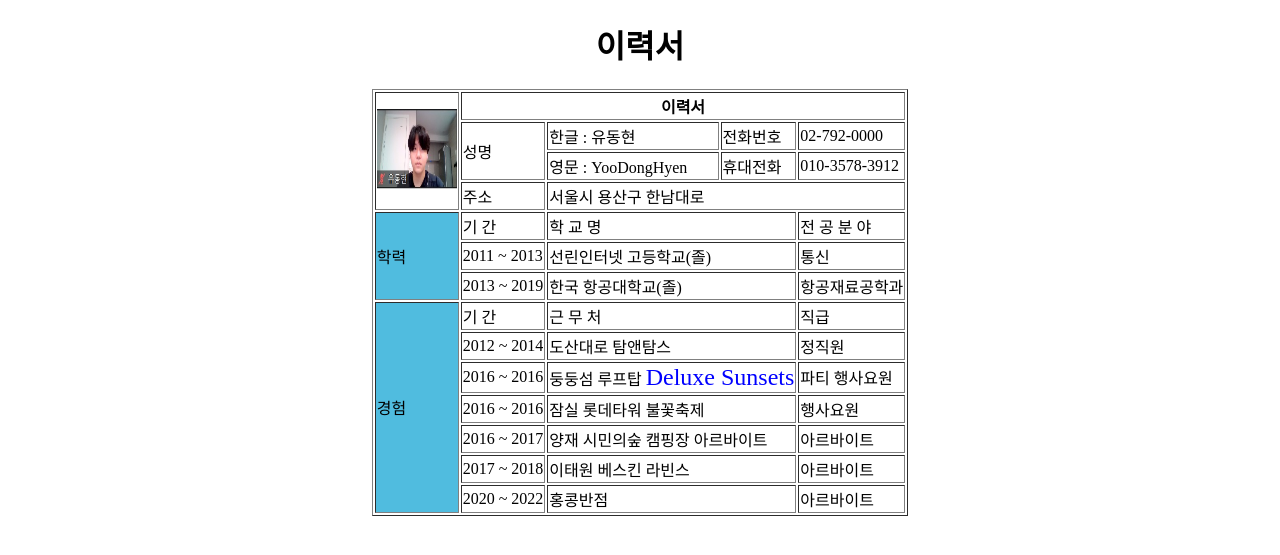
Repository: DongHyenYoo/DongHyen
Page: JdbcStudy/HTMLTEST/WebContent/resume.html
The author's editor kept a copy of each file at every save. The page is drawn from the files as they stood at one save, then again after the next save.
The browser window is 1280 px wide. The pictures show the whole page.

Above is the page before, as saved 2022-09-23 08:47:57.

### JdbcStudy/HTMLTEST/WebContent/resume.html
<!DOCTYPE html>
<html>
<head>
<meta charset="UTF-8">
<title>이력서</title>
</head>
<body>
<h1 align = "center">이력서</h1>
<table border="1" align = "center">
<tr>
<td rowspan="4"><img src="Test.jpg" width = "80" height="80" alt="테스트"></td> <td colspan="4" align="center"><strong>이력서<strong></strong></td>
</tr>

<tr>
 <td rowspan="2">성명</td> <td>한글 : 유동현</td> <td>전화번호</td> <td> 02-792-0000</td>
</tr>

<tr>
 <td>영문 : YooDongHyen</td> <td>휴대전화</td> <td>010-3578-3912</td>
</tr>

<tr>
 <td>주소</td> <td colspan="3">서울시 용산구 한남대로</td>
</tr>

<tr>
 <td rowspan = "3" bgcolor="#50BCDF">학력</td> <td>기&nbsp;간</td> <td colspan="2">학&nbsp;교&nbsp;명</td> <td>전&nbsp;공&nbsp;분&nbsp;야</td>
</tr>

<tr>
 <td>2011 ~ 2013</td>  <td colspan="2">선린인터넷 고등학교(졸)</td> <td>통신</td>
</tr>

<tr>
 <td>2013 ~ 2019</td> <td colspan="2">한국 항공대학교(졸)</td> <td>항공재료공학과</td>
</tr>


<tr>
 <td rowspan = "7" bgcolor="#50BCDF">경험</td> <td>기&nbsp;간</td> <td colspan="2">근&nbsp;무&nbsp;처</td> <td>직급</td>
</tr>

<tr>
 <td>2012 ~ 2014</td>  <td colspan="2">도산대로 탐앤탐스</td> <td>정직원</td>
</tr>

<tr>
 <td>2016 ~ 2016</td> <td colspan="2">둥둥섬 루프탑 <font size="5" color="blue"> Deluxe Sunsets</font></td> <td>파티 행사요원</td>
</tr>

<tr>
 <td>2016 ~ 2016</td> <td colspan="2">잠실 롯데타워 불꽃축제</td> <td>행사요원</td>
</tr>

<tr>
 <td>2016 ~ 2017</td> <td colspan="2">양재 시민의숲 캠핑장 아르바이트</td> <td>아르바이트</td>
</tr>

<tr>
 <td>2017 ~ 2018</td> <td colspan="2">이태원 베스킨 라빈스</td> <td>아르바이트</td>
</tr>

<tr>
 <td>2020 ~ 2022</td> <td colspan="2">홍콩반점</td> <td>아르바이트</td>
</tr>




</table>
</body>
</html>

After the next save:
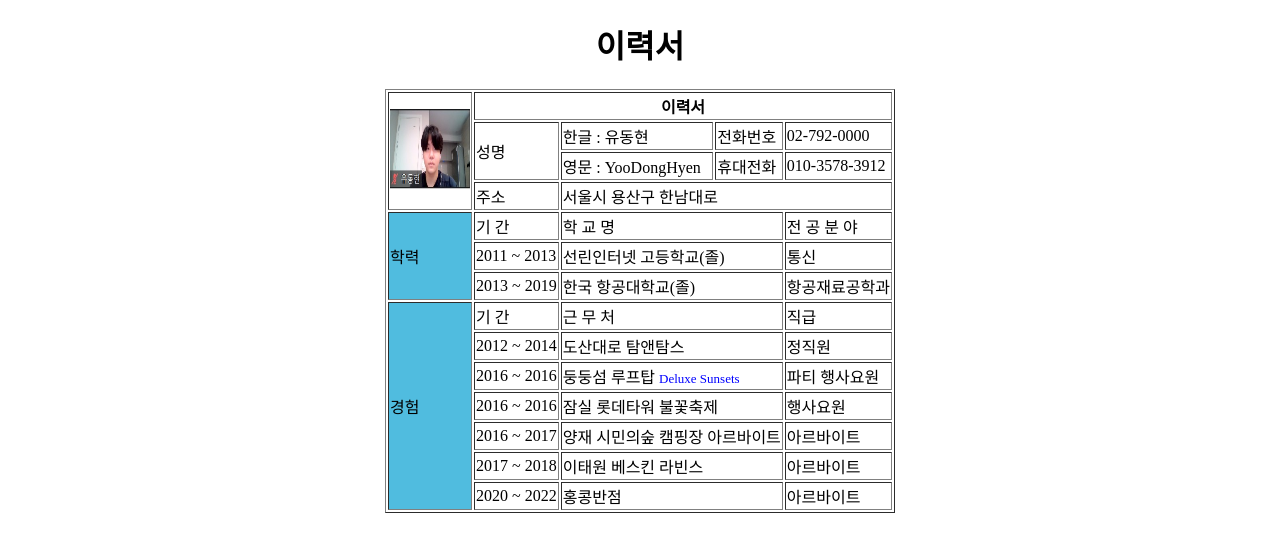
Saved 6 s later.
--- a/JdbcStudy/HTMLTEST/WebContent/resume.html
+++ b/JdbcStudy/HTMLTEST/WebContent/resume.html
@@ -45,7 +45,7 @@
 </tr>
 
 <tr>
- <td>2016 ~ 2016</td> <td colspan="2">둥둥섬 루프탑 <font size="5" color="blue"> Deluxe Sunsets</font></td> <td>파티 행사요원</td>
+ <td>2016 ~ 2016</td> <td colspan="2">둥둥섬 루프탑 <font size="2" color="blue"> Deluxe Sunsets</font></td> <td>파티 행사요원</td>
 </tr>
 
 <tr>
